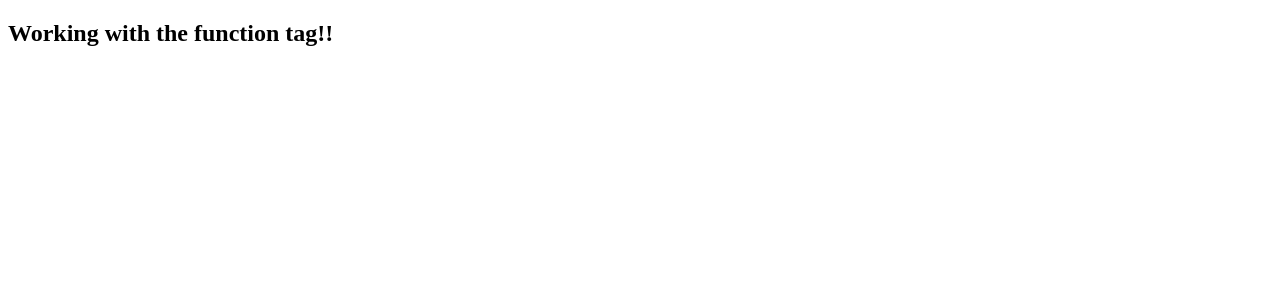
Repository: RG4025/AdvanceJava
Page: http://localhost/ClassWorkFeb21/functionDemo.jsp
The author's editor kept a copy of each file at every save. The page is drawn from the files as they stood at one save, then again after the next save.
The browser window is 1280 px wide. The pictures show the whole page.
The page is served by Tomcat 9.

Above is the page before, as saved 2024-02-21 09:31:40.

### ClassWorkFeb21/src/main/webapp/functionDemo.jsp
<%@ page language="java" contentType="text/html; charset=ISO-8859-1"
    pageEncoding="ISO-8859-1"%>
    <%@ taglib uri="http://java.sun.com/jsp/jstl/functions" prefix="fn" %>
    <%@ taglib uri="http://java.sun.com/jsp/jstl/core" prefix="c" %>
<!DOCTYPE html>
<html>
<head>
<meta charset="ISO-8859-1">
<title>Insert title here</title>
</head>
<body>

	<h2>
		Working with the function tag!!

	</h2>

	<c:set var="str" value="The Quick Brown Fox Jumps Over The Lazy Dog!"></c:set>




</body>
</html>

After the next save:
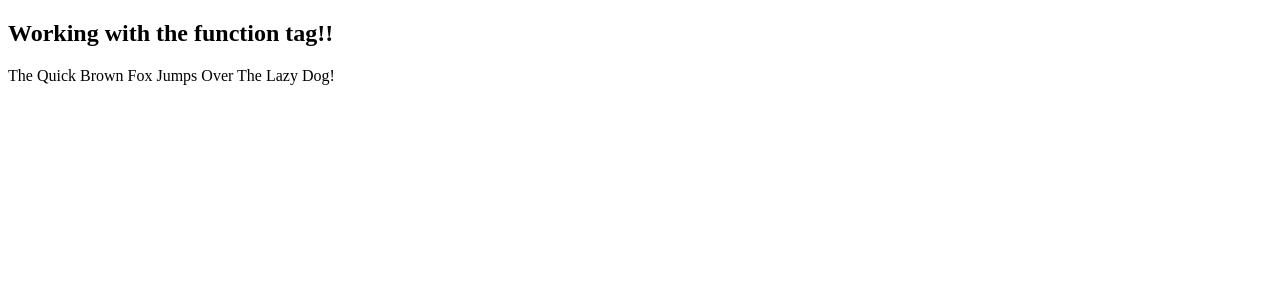
Saved 75 s later.
--- a/ClassWorkFeb21/src/main/webapp/functionDemo.jsp
+++ b/ClassWorkFeb21/src/main/webapp/functionDemo.jsp
@@ -15,9 +15,18 @@
 
 	</h2>
 
+	<p>
+	The Quick Brown Fox Jumps Over The Lazy Dog!
+
+	</p>
+
 	<c:set var="str" value="The Quick Brown Fox Jumps Over The Lazy Dog!"></c:set>
 
+	<strong>
 
+
+
+	</strong>
 
 
 </body>
